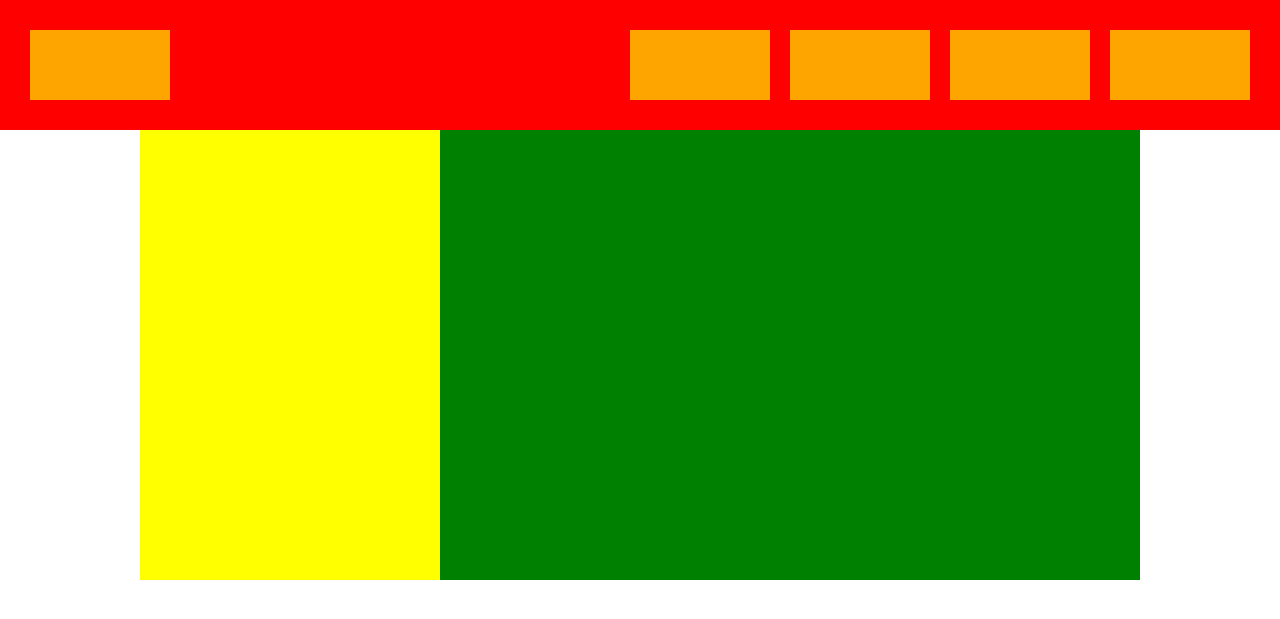
Repository: pureforest/html
Page: flex/flex.html
The author's editor kept a record of every edit. The page is drawn from the files as they stood at one moment, then again after the next edit.
The browser window is 1280 px wide. The pictures show the whole page.

Above is the page before.

### flex/flex.html
<!DOCTYPE html>
<html lang="ja">
  <head>
    <meta charset="UTF-8" />
    <link rel="stylesheet" href="style.css" />
    <title>flexbox</title>
  </head>
  <body>

    <header>
      <div class="header-box"></div>
      <div class="header-box"></div>
      <div class="header-box"></div>
      <div class="header-box"></div>
      <div class="header-box"></div>
    </header>

    <main>
      <div class="main-left"></div>
      <div class="main-right">
        <div class="main-box"></div>
        <div class="main-box"></div>
        <div class="main-box"></div>
        <div class="main-box"></div>
        <div class="main-box"></div>
        <div class="main-box"></div>
        <div class="main-box"></div>
        <div class="main-box"></div>
        <div class="main-box"></div>
      </div>
    </main>
  </body>
</html>

### flex/style.css
* {
  margin: 0;
  padding: 0;
  box-sizing: border-box;
}

header{
  width: 100%;
  height: 130px;
  background-color: red;
  display: flex;
  justify-content: flex-end;
  padding: 30px 20px;
}

.header-box{
  width: 140px;
  height: 70px;
  background-color: orange;
  margin: 0 10px;
}

.header-box:first-child{
  margin-right: auto;
}

main{
  height: 450px;
  display: flex;
  justify-content: center;
}

.main-left{
  width: 300px;
  background-color: yellow;
}

.main-right{
  max-width: 700px;
  background-color: green;
  display: flex;
  flex-grow: 1;
}

.main-box{
  flex-basic: 240px;
  height: 130px;
  background-color: blue;
}

After the next edit:
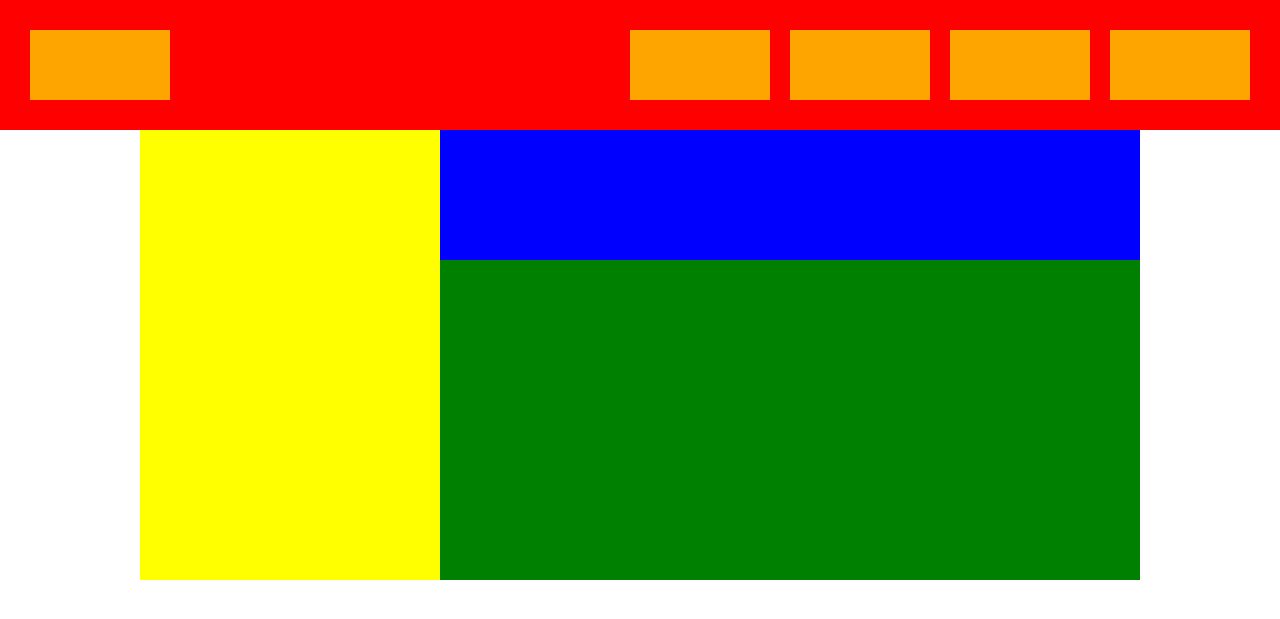
The edit:
--- a/flex/style.css
+++ b/flex/style.css
@@ -43,7 +43,7 @@
 }
 
 .main-box{
-  flex-basic: 240px;
+  width: 240px;
   height: 130px;
   background-color: blue;
 }
